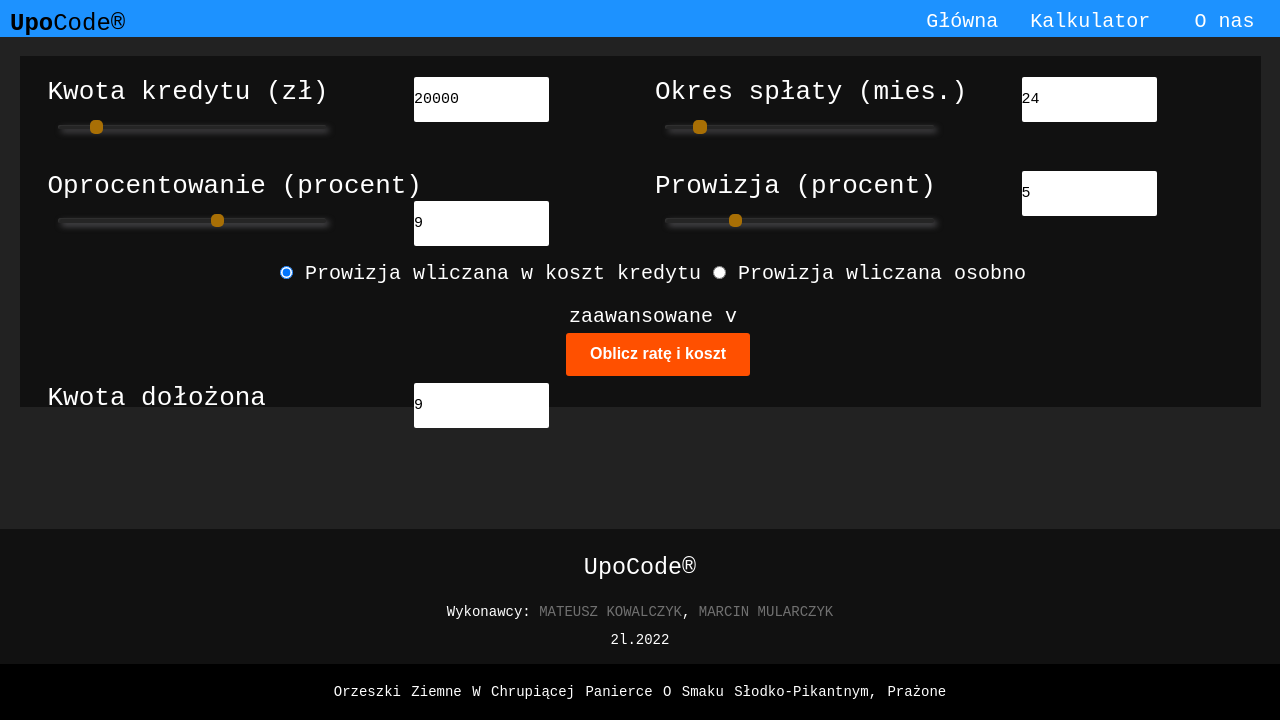
Repository: Klemingway/egzamin
Page: kalkulator.html
These files come from the project's save history. The page is drawn as it stood at one moment and after the next save; the edit follows.
The browser window is 1280 px wide. The pictures show the whole page.

Above is the page before, as saved 2023-01-25 12:10:04.

### kalkulator.html
<!DOCTYPE html>
<html lang="pl">

<head>
    <meta charset="UTF-8">
    <meta http-equiv="X-UA-Compatible" content="IE=edge">
    <meta name="viewport" content="width=device-width, initial-scale=1.0">
    <link rel="stylesheet" href="style/styl.css">
    <link rel="shortcut icon" href="img/ikonna.png" type="image/x-icon">
    <script src="js/script.js"></script>
    <title>Bankowy</title>
</head>
<header>

    <div id="hod">
        <a style="text-decoration: none;color: white;" href="index.html">Główna</a>
        <a style="text-decoration: none;color: white;" href="kalkulator.html">Kalkulator</a> &puncsp;
        <div id="hod1"><a style="text-decoration: none; color: white;" href="bl.html">O nas</a></div>
    </div>
    <div id="hzd">
        <b>Upo</b>Code®
    </div>
</header>

<div id="gl">

    <div id="d1" class="d">
        Kwota kredytu (zł)
        <input type="text" name="kwota" pattern="[0-9]" id="kwota" class="wej" value="20000" onchange="document.getElementById('r1').value = this.value/1000"><br>
        <input type="range" min="1" max="150" value="20" id="r1" class="slider" oninput="document.getElementById('kwota').value = this.value*1000; ">
    </div>

    <div id="d2" class="d">
        Okres spłaty (mies.)
        <input type="text" name="splata" pattern="[0-9]" id="splata" class="wej" value="24" onchange="document.getElementById('r2').value = this.value"><br>
        <input type="range" min="12" max="120" value="24" id="r2" class="slider" oninput="document.getElementById('splata').value = this.value;">
    </div>


    <div id="d3" class="d">
        Oprocentowanie (procent)
        <input type="text" name="splata" pattern="[0-9]" id="oproc" class="wej" value="9" onchange="document.getElementById('r3').value = this.value*100"><br>
        <input type="range" min="1" max="1500" value="900" id="r3" class="slider" oninput="document.getElementById('oproc').value = this.value/100;">
    </div>

    <div id="d4" class="d">
        Prowizja (procent)
        <input type="text" name="prowiz" pattern="[0-9]" id="prowiz" class="wej" value="5" onchange="document.getElementById('r4').value = this.value"><br>
        <input type="range" min="0" max="20" value="5" id="r4" class="slider" oninput="document.getElementById('prowiz').value = this.value;">
    </div>

    <div id="d5" class="dradio">
        <label>
        <input type="radio" checked name="choice" value="wariant1" class="radio"> Prowizja wliczana w koszt kredytu
        </label>
        <label>
            <input type="radio" name="choice" value="wariant2" class="radio">
            Prowizja wliczana osobno
        </label>
    </div>
    <br>
    <div id="d6">
        <a onclick="zaawansowane()" style="margin-bottom: 100px;">zaawansowane v</a>
    </div>
    <div id="d7">
        <input type="button" id="guzik" value="Oblicz ratę i koszt" onclick="test()">
    </div>
    <div id="d8" class="d">
        Kwota dołożona
        <input type="text" name="kwotadodana" pattern="[0-9]" id="kwotadodana" class="wej" value="9">
    </div>
</div>
<!-- <div id="wyniki">

</div> -->



<footer>
    <div id="zawfoot">
        <h3>UpoCode®</h3>
        <p>Wykonawcy: <span>Mateusz Kowalczyk</span>, <span>Marcin Mularczyk</span><br>2l.2022</p>

    </div>
    <div class="dol">
        <p>Orzeszki ziemne w chrupiącej panierce o smaku słodko-pikantnym, prażone

        </p>
    </div>
</footer>

</body>

</html>

### style/styl.css
html,
body {
    padding: 0;
    margin: 0;
    font-family: monospace;
    background-color: #222222;
    overflow-x: hidden;
    min-height: 100%;
}

body::-webkit-scrollbar {
    width: 0.6em;
}

body::-webkit-scrollbar-track {
    -webkit-box-shadow: inset 0 0 6px rgba(0, 0, 0, 0.3);
}

body::-webkit-scrollbar-thumb {
    background-color: rgb(255, 136, 0);
}

body::-webkit-scrollbar-thumb:hover {
    background: rgba(255, 136, 0, 0.582);
}


/* header */

header {
    z-index: 5;
    text-decoration: none;
    padding-top: 0.5em;
    position: sticky;
    top: 0;
    height: 5vh;
    background-color: #1d92ff;
    width: 100vw;
    font-size: 20px;
}

#hzd {
    font-size: 1.2em;
    padding-left: 10px;
    background-color: #1d92ff;
}

#hod {
    float: right;
    word-spacing: 20px;
    margin-right: 2vw;
}

#hod1 {
    float: right;
    word-spacing: 0px;
}

#fw {
    position: relative;
    margin-top: 20px;
}


/* koniec headera */

#gl {
    padding-top: 1.5em;
    padding-left: 2em;
    padding-bottom: 2em;
    justify-content: center;
    background-color: #111111;
    color: white;
    margin: 1.5em;
    min-height: 20vh;
}


/* #d1 {
    background-color: aqua;
}

#d2 {
    background-color: brown;
}

#d3 {
    background-color: olive;
}

#d4 {
    background-color: orangered;
} */

#gll {
    background-color: #ff5000;
    width: 100%;
    height: auto;
    border: #ff5000 1px solid;
}

.dradio {
    font-size: 20px;
    padding-top: 5px;
    width: 100%;
    text-align: center;
    /* background-color: gold; */
}

#d6 {
    font-size: 20px;
    padding-top: 5px;
    width: 100%;
    text-align: center;
    /* background-color: rgb(0, 255, 115); */
}

#d7 {
    margin: 5px;
    display: flex;
    width: 100%;
    justify-content: center;
}

.d {
    word-wrap: break-word;
    font-size: 2em;
    padding: 2px;
    width: 50%;
    float: left;
    min-height: 13vh;
    padding-right: 4em;
}

#wyniki {
    min-height: 25em;
    margin-bottom: 3em;
}


/* wejscia wyjscia */

.wej {
    float: right;
    border-radius: 2px;
    outline: none;
    border: none;
    font-family: monospace;
    height: 3em;
    width: 9em;
    font-size: 15px;
}

.slider {
    margin: 10px;
    -webkit-appearance: none;
    outline: none;
    border-radius: 3px;
    height: 0.6vh;
    width: 21vw;
    background-color: rgb(37, 37, 37);
    box-shadow: 3px 3px 6px rgb(89, 88, 92), inset 1px 1px 1px #313131;
}

.slider::-webkit-slider-thumb {
    -webkit-appearance: none;
    width: 1em;
    height: 1em;
    cursor: pointer;
    background-color: rgb(168, 111, 5);
    overflow: visible;
    border-radius: 5px;
}

#guzik {
    display: inline-block;
    outline: none;
    cursor: pointer;
    font-weight: 600;
    border-radius: 3px;
    padding: 12px 24px;
    border: 0;
    color: #fff;
    background: #ff5000;
    line-height: 1.15;
    font-size: 16px;
}

#guzik:hover {
    transition: all .1s ease;
    box-shadow: 0 0 0 0 #fff, 0 0 0 3px #1d92ff;
}


/* footer */

footer {
    position: absolute;
    bottom: 0;
    width: 100%;
    left: 0;
    right: 0;
    background: #111;
    height: auto;
    width: 100vW;
    font-family: monospace;
    padding-top: 20px;
    color: white;
}

#zawfoot {
    display: flex;
    align-items: center;
    justify-content: center;
    flex-direction: column;
    text-align: center;
}

#zawfoot h3 {
    font-size: 1.8rem;
    font-weight: 400;
    text-transform: capitalize;
    line-height: 3rem;
}

#zawfoot p {
    max-width: 500px;
    margin: 10px auto;
    line-height: 28px;
    font-size: 14px;
}

* {
    margin: 0;
    padding: 0;
    box-sizing: border-box;
}

.dol {
    background: #000;
    width: 100vw;
    padding: 20px 0;
    text-align: center;
}

.dol p {
    font-size: 14px;
    word-spacing: 2px;
    text-transform: capitalize;
}

#zawfoot span {
    text-transform: uppercase;
    opacity: .4;
    font-weight: 200;
}


/* koniec footera */

@media (max-width: 650px) {
    .d {
        padding-right: 1em;
        width: 100%;
        padding-bottom: 0;
        margin-bottom: 1.5em;
    }
    .slider {
        width: 100%;
    }
    .wej {
        width: 100%;
    }
    #gl {
        padding: 1em;
    }
    footer {
        position: relative;
    }
    #d5 {
        text-align: center;
    }
}

### js/script.js




function zaokrongl(variable) {
    return Math.round(variable * 100) / 100;
}
document.addEventListener('mouseup', function(e) {
    if(e.target.id == "dwd"){
        zamknij();
    }
    else if(e.target.id == "dwd2"){
        zamknij1();
    }
});
function tableCreate2(splata, k, oprocentowanie, kwota, rata, prowizja, kwota_dodana) {
    console.log("kwota: " + kwota);
    //tu sie dzieje magia sztańska i wgl ale no uwu
    var a = document.getElementById("wyniki2");
    // czyszczenie diva
    a.innerHTML = '';
    //ustawiamy sobie stałą
    const wyniki = document.a,
    // do tej stałej tworzymy element div
    div = document.createElement('div');
    // ustawiamy id diva jako tabela
    div.setAttribute("id", "tabela");
    //tworzymy tabele
    tbl = document.createElement('table');
    // dopisujemy tabele do diva
    div.appendChild(tbl);
    tbl.style.width = '110px';
    tbl.style.border = '1px solid black';

    var odsetki = 0,   suma_odsetek = 0,    suma = 0;
    var kapital = 0,   suma = 0,            kwota_kredytu=0;

    var element1 = document.getElementById('advanced2');
    var choice2 = document.getElementsByName('choice2');
    if(element1!==null && choice2[1].checked==true){
        kwota_kredytu= kwota - kwota_dodana;
        console.log("kwota+kredytu: " + kwota_kredytu)
    }
    else{
        kwota_kredytu = kwota;
        console.log("kwota+kredytu: " + kwota_kredytu)
    }
    // prosta pętla myśle że nic nie trzeba tłumaczyć
    loop1:
    for (let i = 0; i <= splata; i++) {
        const tr = tbl.insertRow();
        loop2:
        for (let j = 0; j < 4; j++) {
            odsetki = (oprocentowanie / k) * kwota_kredytu;


            kapital = rata - odsetki;
            const td = tr.insertCell();
            if (i == 0 && j == 0) {
                td.appendChild(document.createTextNode("L.p."));
                td.style.fontSize = '20px';
            } else if (i == 0 && j == 1) {
                td.appendChild(document.createTextNode("Odsetki"));
                td.style.fontSize = '20px';
            } else if (i == 0 && j == 2) {
                td.appendChild(document.createTextNode("Kapitał"));
                td.style.fontSize = '20px';
            } else if (i == 0 && j == 3) {
                td.appendChild(document.createTextNode("Wysokość raty"));
                td.style.fontSize = '20px';
            }
            if (j == 0 && i != 0) {
                if(kapital>=rata){
                    break loop1;
                }
                td.appendChild(document.createTextNode(i));
            } else if (j == 1 && i != 0) {
                suma_odsetek += odsetki;
                td.appendChild(document.createTextNode(zaokrongl(odsetki)));
            } else if (j == 2 && i != 0) {
                kwota_kredytu -= kapital;
                td.appendChild(document.createTextNode(zaokrongl(kapital)));
            } else if (j == 3 && i != 0) {
                suma += rata;
                td.appendChild(document.createTextNode(rata));
            }
            td.style.border = '1px solid black';

        }
    }
    console.log("Suma: "+suma)
    console.log("Suma odsetek: "+suma_odsetek)
    a.appendChild(div);
}
function obliczanie(I,N,oprocentowanie,choice,n,zaplata,prowizja,suma,k,kwota_dodana){
    var choice2 = document.getElementsByName('choice2');

        // jeżeli wybrane żeby Prowizja wliczana w koszt kredytu to wtedy to się liczy
        if (choice[0].checked == true) {
            prowizja = (document.getElementById("prowiz").value) / 100;

            prowizja = prowizja * N;
            // doliczamy prowizję do kwoty kredytu
            N = N * 1 + prowizja;

            // jeżeli okres spłaty wynosi mniej niż 12 miesięcy to analogicznie w roku
            // zapłacimy równowartość tego okresu bo w roku mamy max 12 rat
            k = 12;
            if (n < 12) {
                k = n;
            }
            for (var i = 1; i <= n; i++) {
                // no to tutaj przepisany wzór z matematycznego na kodowanie
                suma += Math.pow((1 + (oprocentowanie / k)), -i);
            }
            // tutaj jest licznik podzielony przez mianownik
            I = N / suma;
            // mnożymy naszą ratę razy ilość rat aby otrzymać ile będziemy musieli oddać bankowi
            zaplata = I * n;
            console.log("N: " + N)

            tableCreate2(n, k, oprocentowanie, N, zaokrongl(I), prowizja,kwota_dodana)
            document.getElementById("wyniki").innerHTML = "Wysokość raty: " + zaokrongl(I) + "<br>" +
                "Całkowita kwota do spłaty: " + zaokrongl(zaplata);

        // jeżeli wybrane żeby Prowizja wliczana osobno to wtedy to się liczy
        } else if (choice[1].checked == true) {
            prowizja = (document.getElementById("prowiz").value) / 100;
            prowizja = prowizja * N;
            // jeżeli okres spłaty wynosi mniej niż 12 miesięcy to analogicznie w roku zapłacimy równowartość tego okresu bo w roku mamy max 12 rat
            k = 12;
            if (n < 12) {
                k = n;
            }
            for (var i = 1; i <= n; i++) {
                // no to tutaj przepisany wzór z matematycznego na kodowanie
                suma += Math.pow((1 + (oprocentowanie / k)), -i);
            }
            // tutaj jest licznik podzielony przez mianownik
            I = N / suma;
            // mnożymy naszą ratę razy ilość rat aby otrzymać ile będziemy musieli oddać bankowi
            zaplata = I * n;
            // doliczamy prowizję po wszystkich obliczeniach
            zaplata = zaplata + prowizja;
            console.log("N: " + N)
            tableCreate2(n, k, oprocentowanie, N, zaokrongl(I), prowizja,kwota_dodana)
            document.getElementById("wyniki").innerHTML = "Wysokość raty: " + zaokrongl(I) + "<br>" +
                "Całkowita kwota do spłaty: " + zaokrongl(zaplata);
        }
        else{
            console.log("wda")
        }
        document.getElementById("dwd").style.backdropFilter = "blur(7px)";
        document.getElementById("wyniki").innerHTML += "<br><input type=\"button\" id='guzior1' onclick=\"pokaz()\" value=\"pokaż harmonogram rat\">";

}
function test() {
    document.getElementById("wyniki").style.visibility = "visible"; // a to to nwm pan mularczyk robił
    var I, N, oprocentowanie, k, n, suma = 0, zaplata, prowizja = 0;

    N = document.getElementById("kwota").value; // kwota kredytu
    oprocentowanie = document.getElementById("oproc").value/100; // oprocentowanie kredytu
    n = document.getElementById("splata").value; // okres splaty

    var choice = document.getElementsByName('choice');

    //////////////////////////////////////
    //                                  //
    // sprawdzenie czy jest rozwinięte  //
    //                                  //
    //////////////////////////////////////

    var element1 = document.getElementById('advanced2');
    var element2 = document.getElementById('advanced2');
    if(element1 !== null  && element2 !== null){
        var kwota_dodana = document.getElementById("kwotaDodana").value;
        var choice2 = document.getElementsByName('choice2'); // zaawansowane
        if(choice2[0].checked == true){
            console.log(kwota_dodana + "  " + "tyle samo rat ale mniejsza cena")
            //////////////////////////////////////////
            //                                      //
            //    tyle samo rat ale mniejsza cena   //
            //                                      //
            //////////////////////////////////////////
            N -= kwota_dodana;
            console.log("Nigger: " + N)
            obliczanie(I,N,oprocentowanie,choice,n,zaplata,prowizja,suma,k,kwota_dodana);

        }
        if(choice2[1].checked == true){
            console.log(kwota_dodana + "  " + "Mniej rat, po tej samej cenie raty")
            //////////////////////////////////////////
            //                                      //
            //  Mniej rat, po tej samej cenie raty  //
            //                                      //
            //////////////////////////////////////////


            obliczanie(I,N,oprocentowanie,choice,n,zaplata,prowizja,suma,k,kwota_dodana);
        }


    }
    else{
        obliczanie(I,N,oprocentowanie,choice,n,zaplata,prowizja,suma,k);
    }

}

function pokaz() {
    document.getElementById("dwd").style.visibility = "visible";
}

function zamknij() {
    document.getElementById("dwd").style.visibility = "hidden";
}
function pokaz1() {
    document.getElementById("dwd2").style.backdropFilter = "blur(7px)";
    document.getElementById("dwd2").style.visibility = "visible";
}

function zamknij1() {
    document.getElementById("dwd2").style.visibility = "hidden";
}

function zaawansowane(){
    var element = document.getElementById('advanced2');
    if(element === null){
        var a = document.getElementById("tabelka");
        const wyniki = document.a,
        /////////////////////////////////////////
        //                                     //
        //          input text kwata           //
        //                                     //
        /////////////////////////////////////////
        trA = document.createElement('tr');
        trA.setAttribute("id","advancedText");
        trA.setAttribute('style','position:relative; padding-top:200px; height:40px;')


        tdA = document.createElement('td');
        tdB = document.createElement('td');

        inputA = document.createElement('input');
        inputA.setAttribute('type','text');
        inputA.setAttribute('id','kwotaDodana');

        tdA.innerHTML += "Kwota dołożona";
        tdB.appendChild(inputA);
        trA.appendChild(tdA);
        trA.appendChild(tdB);
        a.appendChild(trA);

        tdA = document.createElement('td');
        tdB = document.createElement('td');

        inputA = document.createElement('input');
        inputA.setAttribute('type','text');
        inputA.setAttribute('id','ubezpieczenie');

        tdA.innerHTML += "Ubezpieczenie";
        tdB.appendChild(inputA);
        trA.appendChild(tdA);
        trA.appendChild(tdB);

        //a.appendChild(trB);
        a.appendChild(trA);

        /////////////////////////////////////////
        //                                     //
        //            inputy radio             //
        //                                     //
        /////////////////////////////////////////

        tr2 = document.createElement('tr');
        tr2.setAttribute("id", "advanced2");
        td1 = document.createElement('td');
        td1.setAttribute("colspan", "2");
        td1.setAttribute('style','text-align:center;');
        //style="text-align: center;"
        br = document.createElement('br');

        label1 = document.createElement('label');
        input1 = document.createElement('input');
        input1.setAttribute('type','radio');
        input1.setAttribute('name','choice2');
        input1.setAttribute('class','radio');
        input1.setAttribute('value','rat_mniej');

        label1.appendChild(input1);
        label1.innerHTML += ' Raty pozostają takie same, ale mniej';

        td2 = document.createElement('td');
        td2.setAttribute("colspan", "2");
        td2.setAttribute('style','text-align:center;');
        label2 = document.createElement('label');
        input2 = document.createElement('input');
        input2.setAttribute('type','radio');
        input2.setAttribute('name','choice2');
        input2.setAttribute('class','radio');
        input2.setAttribute('value','rat_tyle_samo');


        label2.appendChild(input2);
        label2.innerHTML += ' Mniejsza rata na taki sam okres czasu';


        td1.appendChild(br);
        td1.appendChild(label1);

        td2.appendChild(br);
        td2.appendChild(label2);

        tr2.appendChild(td2);
        tr2.appendChild(td1);

        a.appendChild(tr2);

        clicked = false;
    }
    else{
        var elem = document.getElementById("advanced2");
        elem.parentNode.removeChild(elem);
        elem = document.getElementById("advancedText");
        elem.parentNode.removeChild(elem);
    }
}

After the next save:
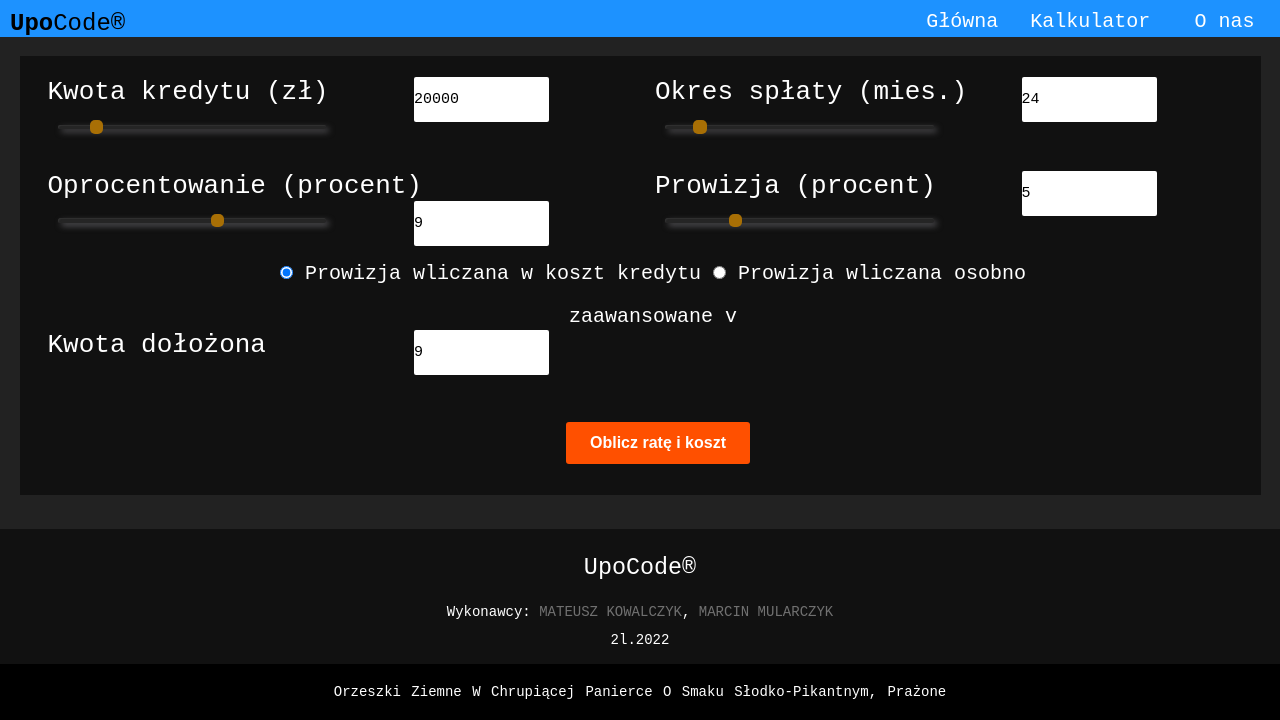
Saved 21 s later.
--- a/kalkulator.html
+++ b/kalkulator.html
@@ -62,13 +62,14 @@
     <div id="d6">
         <a onclick="zaawansowane()" style="margin-bottom: 100px;">zaawansowane v</a>
     </div>
-    <div id="d7">
-        <input type="button" id="guzik" value="Oblicz ratę i koszt" onclick="test()">
-    </div>
     <div id="d8" class="d">
         Kwota dołożona
         <input type="text" name="kwotadodana" pattern="[0-9]" id="kwotadodana" class="wej" value="9">
     </div>
+    <div id="d7">
+        <input type="button" id="guzik" value="Oblicz ratę i koszt" onclick="test()">
+    </div>
+
 </div>
 <!-- <div id="wyniki">
 
